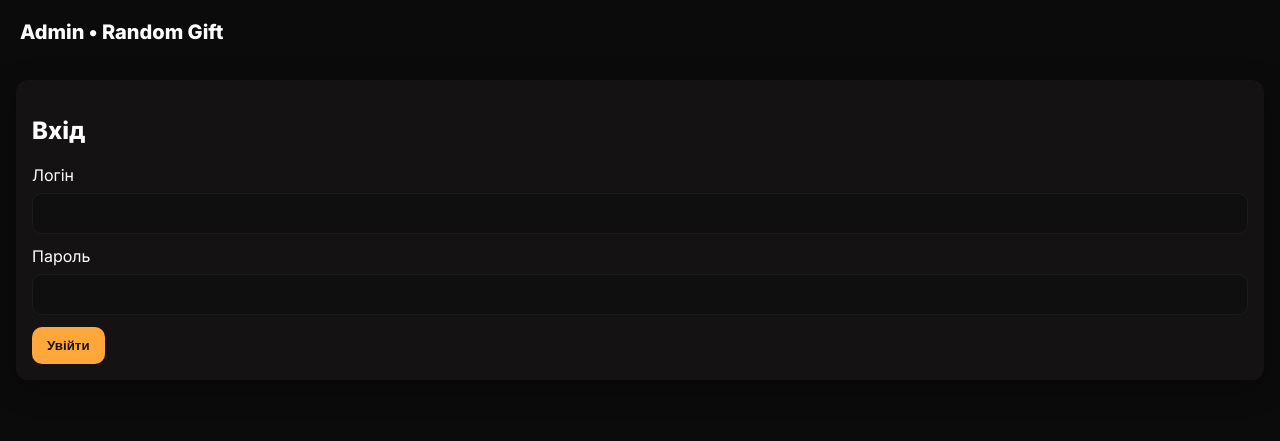
Repository: torunok/random-gift-roman
Page: docs/admin.html
These files come from the project's save history. The page is drawn as it stood at one moment and after the next save; the edit follows.
The browser window is 1280 px wide. The pictures show the whole page.

Above is the page before, as saved 2025-11-10 18:52:05.

### docs/admin.html
<!DOCTYPE html>
<html lang="uk">
  <head>
    <meta charset="utf-8" />
    <meta name="viewport" content="width=device-width, initial-scale=1" />
    <title>Admin • Random Gift</title>
    <link rel="preconnect" href="https://fonts.googleapis.com" />
    <link rel="preconnect" href="https://fonts.gstatic.com" crossorigin />
    <link href="https://fonts.googleapis.com/css2?family=Inter:wght@400;600;800&display=swap" rel="stylesheet" />
    <link rel="stylesheet" href="./styles.css" />
  </head>
  <body>
    <div class="admin">
      <header class="header header--admin">
        <h1>Admin • Random Gift</h1>
      </header>

      <main class="admin-main">
        <!-- Вхід -->
        <section id="loginView" class="card">
          <h2>Вхід</h2>
          <label class="field">
            <span>Логін</span>
            <input id="admUser" type="text" />
          </label>
          <label class="field">
            <span>Пароль</span>
            <input id="admPass" type="password" />
          </label>
          <div class="actions">
            <button id="btnLogin" class="btn btn-primary">Увійти</button>
          </div>
          <div id="loginMsg" class="msg"></div>
        </section>

        <!-- Панель адміністратора -->
        <section id="adminView" class="hidden">
          <div class="admin-tabs">
            <button data-tab="gifts" class="tab active">Подарунки</button>
            <button data-tab="participants" class="tab">Учасники</button>
          </div>

          <!-- Вкладка подарунків -->
          <div id="tab-gifts" class="tabpane active">
            <div class="card">
              <h2>Список подарунків</h2>
              <div class="actions">
                <button id="btnReloadGifts" class="btn btn-ghost">Оновити</button>
                <button id="btnNewGift" class="btn btn-primary">Додати</button>
              </div>
              <div class="table-wrap">
                <table class="table" id="giftsTable">
                  <thead>
                    <tr>
                      <th>ID</th>
                      <th>Назва</th>
                      <th>Активний</th>
                      <th>Дії</th>
                    </tr>
                  </thead>
                  <tbody></tbody>
                </table>
              </div>
            </div>

            <div class="card" id="giftFormWrap" style="display: none"></div>
          </div>

          <!-- Вкладка учасників -->
          <div id="tab-participants" class="tabpane">
            <div class="card">
              <h2>Учасники</h2>
              <div class="actions">
                <button id="btnReloadParticipants" class="btn btn-ghost">Оновити</button>
              </div>
              <div class="table-wrap">
                <table class="table" id="participantsTable">
                  <thead>
                    <tr>
                      <th>ID</th>
                      <th>Ім’я</th>
                      <th>Email</th>
                      <th>Дата</th>
                    </tr>
                  </thead>
                  <tbody></tbody>
                </table>
              </div>
            </div>
          </div>
        </section>
      </main>
    </div>

    <script src="./admin.js"></script>
  </body>
</html>

### docs/styles.css
:root {
    --bg: #0B0B0C;
    --fg: #FFFFFF;
    --muted: #A1A1AA;
    --accent: #FF9F2E;
    --accent-2: #6C9CFF;
    --panel: #121214;
    --border: #1E1E22;
    --panel-2: #0F0F10;

    --radius: 14px;
    --radius-sm: 10px;

    --eio: cubic-bezier(.2, .8, .2, 1);
    /* швидкий старт, сповільнення в кінці */
}

* {
    box-sizing: border-box;
}

html,
body {
    margin: 0;
    padding: 0;
    background: var(--bg);
    color: var(--fg);
    font-family: Inter, system-ui, -apple-system, Segoe UI, Roboto, Ubuntu, "Helvetica Neue", Arial, sans-serif;
    -webkit-font-smoothing: antialiased;
    -moz-osx-font-smoothing: grayscale;
}

a {
    color: var(--accent-2);
    text-decoration: none;
}

a:hover {
    text-decoration: underline;
}

/* ====== Layout ====== */
.header {
    padding: 20px;
    display: flex;
    justify-content: center;
}

.header h1 {
    font-size: 20px;
    font-weight: 800;
    margin: 0;
}

.header--admin {
    justify-content: flex-start;
}

.main {
    display: flex;
    justify-content: center;
    align-items: center;
    min-height: 60vh;
    padding: 20px;
}

.stage {
    width: min(980px, 94vw);
    min-height: 420px;
    border-radius: var(--radius);
    background: var(--panel);
    padding: 24px;
    position: relative;
    overflow: hidden;
    box-shadow: 0 10px 40px rgba(0, 0, 0, .35);
}

/* ====== Footer ====== */
.footer {
    padding: 20px;
    text-align: center;
    color: var(--muted);
}

/* ====== Modal ====== */
.modal {
    position: fixed;
    inset: 0;
    background: rgba(0, 0, 0, .65);
    display: flex;
    align-items: center;
    justify-content: center;
    z-index: 50;
}

.modal[aria-hidden="true"] {
    display: none;
}

.modal-content {
    background: var(--panel);
    width: min(640px, 94vw);
    padding: 24px;
    border-radius: var(--radius);
    box-shadow: 0 18px 60px rgba(0, 0, 0, .55);
    animation: scale-in .45s var(--eio) forwards;
}

/* ====== Form fields ====== */
.field {
    display: flex;
    flex-direction: column;
    gap: 8px;
    margin: 12px 0;
}

.field input,
.field textarea {
    background: var(--panel-2);
    border: 1px solid var(--border);
    color: var(--fg);
    border-radius: var(--radius-sm);
    padding: 12px;
    outline: none;
    transition: border-color .2s var(--eio), box-shadow .2s var(--eio);
}

.field input:focus,
.field textarea:focus {
    border-color: #2E2E33;
    box-shadow: 0 0 0 4px rgba(108, 156, 255, .12);
}

.check {
    display: flex;
    align-items: center;
    gap: 8px;
    margin: 12px 0;
    color: var(--muted);
}

.actions {
    display: flex;
    gap: 12px;
    margin-top: 12px;
    flex-wrap: wrap;
}

/* ====== Buttons ====== */
.btn {
    appearance: none;
    border: 1px solid transparent;
    padding: 10px 14px;
    border-radius: var(--radius-sm);
    font-weight: 700;
    cursor: pointer;
    transition: transform .12s var(--eio), box-shadow .2s var(--eio), background .2s var(--eio), border-color .2s var(--eio);
}

.btn:hover {
    transform: translateY(-1px);
}

.btn:active {
    transform: translateY(0);
}

.btn:disabled {
    opacity: .5;
    cursor: not-allowed;
}

.btn-primary {
    background: var(--accent);
    color: #1b1205;
}

.btn-primary:hover {
    box-shadow: 0 6px 18px rgba(255, 159, 46, .35);
}

.btn-ghost {
    background: transparent;
    border-color: #2a2a2d;
    color: var(--fg);
}

.btn-ghost:hover {
    border-color: #3A3A3F;
    box-shadow: 0 4px 16px rgba(0, 0, 0, .2);
}

.btn-danger {
    background: #FF5A5A;
    color: #1b0e0e;
}

.btn-danger:hover {
    box-shadow: 0 6px 18px rgba(255, 90, 90, .35);
}

/* ====== Cards & Tables ====== */
.card {
    background: var(--panel);
    padding: 16px;
    border-radius: 12px;
    box-shadow: 0 8px 30px rgba(0, 0, 0, .3);
    margin-bottom: 16px;
}

.table-wrap {
    width: 100%;
    overflow-x: auto;
}

.table {
    width: 100%;
    border-collapse: collapse;
    min-width: 640px;
}

.table th,
.table td {
    border-bottom: 1px solid var(--border);
    padding: 10px;
    text-align: left;
    white-space: nowrap;
}

.td-actions {
    display: flex;
    gap: 8px;
}

/* ====== Helpers ====== */
.hidden {
    display: none;
}

.row {
    display: flex;
    gap: 12px;
    align-items: center;
    margin: 8px 0;
    flex-wrap: wrap;
}

.center {
    display: flex;
    align-items: center;
    justify-content: center;
}

/* ====== Анімації ====== */
.fade-in {
    animation: fade-in .38s var(--eio) forwards;
}

@keyframes fade-in {
    from {
        opacity: 0
    }

    to {
        opacity: 1
    }
}

.slide-left {
    animation: slide-left .44s var(--eio) forwards;
}

@keyframes slide-left {
    from {
        opacity: 0;
        transform: translateX(-28px)
    }

    to {
        opacity: 1;
        transform: none
    }
}

.slide-right {
    animation: slide-right .44s var(--eio) forwards;
}

@keyframes slide-right {
    from {
        opacity: 0;
        transform: translateX(28px)
    }

    to {
        opacity: 1;
        transform: none
    }
}

.scale-in {
    animation: scale-in .42s var(--eio) forwards;
}

@keyframes scale-in {
    from {
        opacity: 0;
        transform: scale(.92)
    }

    to {
        opacity: 1;
        transform: scale(1)
    }
}

/* плавніше затемнення/оверлей */
.ease-slow {
    animation-timing-function: var(--eio);
}

/* ====== Спец екрани ====== */
.full-black {
    position: absolute;
    inset: 0;
    background: #000;
    display: flex;
    align-items: center;
    justify-content: center;
    color: #fff;
    font-size: 28px;
}

/* ====== Контентні блоки ====== */
.gift-wrap {
    display: flex;
    gap: 20px;
    align-items: center;
    justify-content: center;
    flex-wrap: wrap;
}

.gift-img {
    max-width: min(60vw, 480px);
    border-radius: 12px;
    box-shadow: 0 10px 40px rgba(0, 0, 0, .6);
}

.gift-desc {
    max-width: 520px;
    background: #101012;
    border: 1px solid #202026;
    padding: 16px 20px;
    border-radius: 12px;
}

/* ====== Intro ====== */
.intro {
    display: flex;
    gap: 20px;
    align-items: center;
    justify-content: center;
    flex-wrap: wrap;
}

.intro .photo {
    width: 262px;
    height: 440px;
    border-radius: 16px;
    overflow: hidden;
}

.intro .photo img {
    width: 100%;
    height: 100%;
    object-fit: cover;
}

.intro .text {
    max-width: 560px;
}

/* ====== Admin layout (responsive) ====== */
.admin-main {
    padding: 16px;
}

.admin-tabs {
    display: flex;
    gap: 8px;
    margin-bottom: 12px;
    flex-wrap: wrap;
}

.tab {
    border: 1px solid var(--border);
    background: var(--panel-2);
    color: var(--fg);
    padding: 8px 12px;
    border-radius: 10px;
    cursor: pointer;
}

.tab.active {
    background: #18181B;
    border-color: #2A2A2F;
}

.btn-group {
    display: inline-flex;
    gap: 8px;
    flex-wrap: wrap;
}

/* ====== Mobile tweaks ====== */
@media (max-width: 640px) {
    .stage {
        padding: 16px;
    }

    .header h1 {
        font-size: 18px;
    }

    .gift-img {
        max-width: 100%;
    }

    .gift-desc {
        width: 100%;
    }

    .table {
        min-width: 560px;
    }

    .row {
        gap: 8px;
    }

    .btn {
        padding: 10px 12px;
    }
}

:root {
    --bg: #0B0B0C;
    --fg: #FFFFFF;
    --muted: #999;
    --accent: #FFA73B;
    --panel: #141212;
}


* {
    box-sizing: border-box
}

html,
body {
    margin: 0;
    padding: 0;
    background: var(--bg);
    color: var(--fg);
    font-family: Inter, system-ui, -apple-system, Segoe UI, Roboto, Ubuntu, "Helvetica Neue", Arial, sans-serif
}


.header {
    padding: 20px;
    display: flex;
    justify-content: center
}

.header h1 {
    font-size: 20px;
    font-weight: 800;
    margin: 0
}

.header--admin {
    justify-content: flex-start
}


.main {
    display: flex;
    justify-content: center;
    align-items: center;
    min-height: 60vh;
    padding: 20px
}


/* НОВЕ: локальна обгортка для модалки над stage */
.stage-wrap {
    position: relative;
    width: 100%;
    display: flex;
    justify-content: center;
}


.stage {
    width: min(980px, 94vw);
    min-height: 420px;
    border-radius: 16px;
    background: var(--panel);
    padding: 24px;
    position: relative;
    /* зберігаємо */
    overflow: hidden
}


.footer {
    position: fixed;
    bottom: 0;
    left: 0;
    width: 100%;
    padding: 20px;
    text-align: center;
    color: var(--muted);
}


/* Модалка тепер локальна (лише над stage) */
.modal {
    position: absolute;
    /* було fixed */
    inset: 0;
    margin: auto;
    display: flex;
    align-items: center;
    justify-content: center;
    background: rgba(0, 0, 0, .7);
    z-index: 50;
}

.modal[aria-hidden="true"] {
    display: none
}


.modal-content {
    background: var(--panel);
    width: min(640px, 94vw);
    padding: 24px;
    border-radius: 16px;
    box-shadow: 0 10px 40px rgba(0, 0, 0, .5)
}


.field {
    display: flex;
    flex-direction: column;
    gap: 8px;
    margin: 12px 0
}

.field input,
.field textarea {
    background: #0f0f10;
    border: 1px solid #1c1c1e;
    color: var(--fg);
    border-radius: 10px;
    padding: 12px
}


.check {
    display: flex;
    align-items: center;
    gap: 8px;
    margin: 12px 0;
    color: var(--muted)
}


.actions {
    display: flex;
    gap: 12px;
    margin-top: 12px
}


.btn {
    appearance: none;
    border: 1px solid transparent;
    padding: 10px 14px;
    border-radius: 10px;
    font-weight: 600;
    cursor: pointer
}

.btn-primary {
    background: var(--accent);
    color: #1b1205
}

.btn-ghost {
    background: transparent;
    border-color: #2a2a2d;
    color: var(--fg)
}

.btn:disabled {
    opacity: .5;
    cursor: not-allowed
}


.card {
    background: var(--panel);
    padding: 16px;
    border-radius: 12px;
    box-shadow: 0 8px 30px rgba(0, 0, 0, .3);
    margin-bottom: 16px
}


.table {
    width: 100%;
    border-collapse: collapse
}

.table th,
.table td {
    border-bottom: 1px solid #1e1e22;
    padding: 10px;
    text-align: left
}


.hidden {
    display: none
}


.row {
    display: flex;
    gap: 12px;
    align-items: center;
    margin: 8px 0
}


/* Анімації */
.fade-in {
    animation: fade-in .5s ease forwards
}

@keyframes fade-in {
    from {
        opacity: 0
    }

    to {
        opacity: 1
    }
}

.slide-left {
    animation: slide-left .6s ease forwards
}

@keyframes slide-left {
    from {
        opacity: 0;
        transform: translateX(-30px)
    }

    to {
        opacity: 1;
        transform: none
    }
}

.slide-right {
    animation: slide-right .6s ease forwards
}

@keyframes slide-right {
    from {
        opacity: 0;
        transform: translateX(30px)
    }

    to {
        opacity: 1;
        transform: none
    }
}

.scale-in {
    animation: scale-in .5s ease forwards
}

@keyframes scale-in {
    from {
        opacity: 0;
        transform: scale(.92)
    }

    to {
        opacity: 1;
        transform: scale(1)
    }
}


/* Спец екрани */
.full-black {
    position: absolute;
    inset: 0;
    background: #000;
    display: flex;
    align-items: center;
    justify-content: center;
    color: #fff;
    font-size: 28px
}


.center {
    display: flex;
    align-items: center;
    justify-content: center
}


/* Блок подарунку */
.gift-wrap {
    display: flex;
    gap: 20px;
    align-items: center;
    justify-content: center;
    flex-wrap: wrap
}

.gift-img {
    max-width: min(60vw, 480px);
    border-radius: 12px;
    box-shadow: 0 10px 40px rgba(0, 0, 0, .6)
}

.gift-desc {
    max-width: 520px;
    background: #101012;
    border: 1px solid #202026;
    padding: 16px 20px;
    border-radius: 12px
}

### docs/admin.js
const API = () => window.API_BASE?.replace(/\/$/, '') || '';
const $   = (s, root = document) => root.querySelector(s);
const $$  = (s, root = document) => Array.from(root.querySelectorAll(s));

let token = localStorage.getItem('admToken') || '';
function setAuthHeader(h = {}) {
  if (token) h['Authorization'] = 'Bearer ' + token;
  return h;
}

/* ===================== TABS ===================== */
$$('.tab').forEach(btn => {
  btn.addEventListener('click', () => {
    $$('.tab').forEach(b => b.classList.remove('active'));
    btn.classList.add('active');
    $$('.tabpane').forEach(p => p.classList.remove('active'));
    $('#tab-' + btn.dataset.tab).classList.add('active');
  });
});

/* ===================== LOGIN ===================== */
$('#btnLogin')?.addEventListener('click', async () => {
  const username = $('#admUser').value.trim();
  const password = $('#admPass').value.trim();

  const r = await fetch(API() + '/api/admin/login', {
    method: 'POST',
    headers: { 'Content-Type': 'application/json' },
    body: JSON.stringify({ username, password })
  });

  if (r.ok) {
    const j = await r.json();
    token = j.token;
    localStorage.setItem('admToken', token);
    $('#loginView').classList.add('hidden');
    $('#adminView').classList.remove('hidden');
    loadGifts();
    loadAssigns();
  } else {
    $('#loginMsg').textContent = 'Невірні дані';
  }
});

/* ===================== GIFTS CRUD ===================== */
$('#btnReloadGifts')?.addEventListener('click', loadGifts);
$('#btnNewGift')?.addEventListener('click', () => openGiftForm());
$('#btnCancelGift')?.addEventListener('click', () => { $('#giftFormWrap').style.display = 'none'; });
$('#btnSaveGift')?.addEventListener('click', saveGift);

let editGiftId = null;

async function loadGifts() {
  const r = await fetch(API() + '/api/admin/gifts', { headers: setAuthHeader() });
  const j = await r.json();

  const tbody = $('#giftsTable tbody');
  tbody.innerHTML = '';

  (j.items || []).forEach(g => {
    const tr = document.createElement('tr');
    tr.innerHTML = `
      <td>${g.id}</td>
      <td>${escapeHtml(g.title)}</td>
      <td>${g.active ? '✅' : '⛔'}</td>
      <td>
        <div class="btn-group td-actions">
          <button class="btn btn-ghost" data-act="edit" data-id="${g.id}">Редагувати</button>
          <button class="btn btn-ghost" data-act="del"  data-id="${g.id}">Видалити</button>
        </div>
      </td>
    `;
    tbody.appendChild(tr);
  });

  // Делегований обробник
  tbody.onclick = async (e) => {
    const b = e.target.closest('button');
    if (!b) return;
    const id = Number(b.dataset.id);

    if (b.dataset.act === 'edit') {
      const one = await fetch(API() + `/api/admin/gifts?id=${id}`, { headers: setAuthHeader() }).then(r => r.json());
      openGiftForm(one.item);
    } else if (b.dataset.act === 'del') {
      if (confirm('Видалити подарунок?')) {
        await fetch(API() + `/api/admin/gifts?id=${id}`, {
          method: 'DELETE',
          headers: setAuthHeader()
        });
        loadGifts();
      }
    }
  };
}

function openGiftForm(item) {
  editGiftId = item?.id || null;
  $('#giftFormTitle').textContent = editGiftId ? 'Редагувати подарунок' : 'Новий подарунок';
  $('#giftTitle').value = item?.title || '';
  $('#giftDesc').value  = item?.description || '';
  $('#giftImg').value   = item?.imageUrl || '';
  $('#giftActive').checked = item ? !!item.active : true;
  $('#giftFormWrap').style.display = 'block';
  refreshPreview();
}

async function saveGift() {
  const payload = {
    title: $('#giftTitle').value.trim(),
    description: $('#giftDesc').value.trim(),
    imageUrl: $('#giftImg').value.trim(),
    active: $('#giftActive').checked ? 1 : 0
  };

  if (!payload.title) {
    alert('Назва обов’язкова');
    return;
  }

  if (editGiftId) {
    await fetch(API() + `/api/admin/gifts?id=${editGiftId}`, {
      method: 'PUT',
      headers: setAuthHeader({ 'Content-Type': 'application/json' }),
      body: JSON.stringify(payload)
    });
  } else {
    await fetch(API() + '/api/admin/gifts', {
      method: 'POST',
      headers: setAuthHeader({ 'Content-Type': 'application/json' }),
      body: JSON.stringify(payload)
    });
  }

  $('#giftFormWrap').style.display = 'none';
  loadGifts();
}

/* ===================== PARTICIPANTS (ASSIGNMENTS) ===================== */
$('#btnReloadAssign')?.addEventListener('click', loadAssigns);
$('#searchAssign')?.addEventListener('keypress', (e) => { if (e.key === 'Enter') loadAssigns(); });

async function loadAssigns() {
  const q = $('#searchAssign').value.trim();
  const url = new URL(API() + '/api/admin/assignments');
  if (q) url.searchParams.set('q', q);

  const r = await fetch(url.toString(), { headers: setAuthHeader() });
  const j = await r.json();

  const tbody = $('#assignTable tbody');
  tbody.innerHTML = '';

  (j.items || []).forEach(a => {
    const tr = document.createElement('tr');
    tr.innerHTML = `
      <td>${a.id}</td>
      <td>${escapeHtml(a.name || '')}</td>
      <td>${escapeHtml(a.telegram || '')}</td>
      <td>${a.giftId}</td>
      <td>${a.createdAt}</td>
      <td>
        <div class="btn-group td-actions">
          <button class="btn btn-ghost" data-id="${a.id}">Видалити</button>
        </div>
      </td>
    `;
    tbody.appendChild(tr);
  });

  tbody.onclick = async (e) => {
    const b = e.target.closest('button');
    if (!b) return;
    const id = Number(b.dataset.id);
    if (confirm('Видалити призначення?')) {
      await fetch(API() + `/api/admin/assignments?id=${id}`, {
        method: 'DELETE',
        headers: setAuthHeader()
      });
      loadAssigns();
    }
  };
}

/* ===================== UPLOAD & PREVIEW ===================== */
$('#giftImg')?.addEventListener('input', refreshPreview);

function refreshPreview() {
  const u   = $('#giftImg').value.trim();
  const img = $('#giftPreview');
  if (!img) return;

  if (u) {
    img.src = u.startsWith('http') ? u : (API() + u);
    img.style.display = 'block';
  } else {
    img.removeAttribute('src');
    img.style.display = 'none';
  }
}

$('#btnUploadImage')?.addEventListener('click', async () => {
  const fileInput = $('#giftFile');
  const urlInput  = $('#giftImg');
  const preview   = $('#giftPreview');
  const hint      = $('#uploadHint');

  if (!fileInput || !fileInput.files || !fileInput.files[0]) {
    alert('Оберіть файл зображення');
    return;
  }

  const file = fileInput.files[0];
  const btn  = $('#btnUploadImage');
  const oldText = btn.textContent;

  btn.disabled = true;
  btn.textContent = 'Завантаження...';
  if (hint) hint.textContent = 'Завантаження на сервер...';

  try {
    const res = await apiUpload(file); // { url, key }
    urlInput.value = res.url;          // /img/gifts/....webp
    const src = res.url.startsWith('http') ? res.url : (API() + res.url);
    preview.src = src;
    preview.style.display = 'block';
    if (hint) hint.textContent = 'Фото завантажено ✅ URL підставлено';
  } catch (e) {
    alert('Помилка аплоаду: ' + e.message);
    if (hint) hint.textContent = 'Помилка аплоаду';
  } finally {
    btn.disabled = false;
    btn.textContent = oldText;
  }
});

async function apiUpload(file) {
  const fd = new FormData();
  fd.append('file', file);

  const res  = await fetch(API() + '/api/admin/upload', {
    method: 'POST',
    headers: setAuthHeader(), // Authorization Bearer
    body: fd
  });
  const text = await res.text();

  if (!res.ok) {
    let msg = text;
    try {
      const j = JSON.parse(text);
      msg = j.error || text;
    } catch {}
    throw new Error(`Upload failed (${res.status}): ${msg}`);
  }

  return JSON.parse(text); // { url, key }
}

/* ===================== HELPERS ===================== */
function escapeHtml(str = '') {
  return str.replace(/[&<>"]+/g, s => ({
    '&': '&amp;',
    '<': '&lt;',
    '>': '&gt;',
    '"': '&quot;'
  }[s]));
}

/* ===================== AUTO LOGIN RESUME ===================== */
if (token) {
  $('#loginView').classList.add('hidden');
  $('#adminView').classList.remove('hidden');
  loadGifts();
  loadAssigns();
}

After the next save:
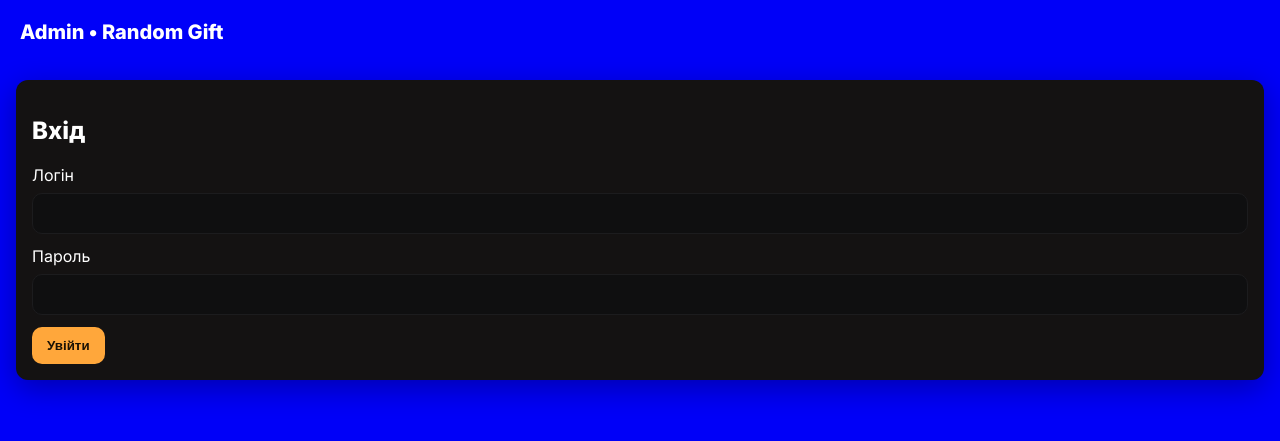
Saved 13 s later.
--- a/docs/styles.css
+++ b/docs/styles.css
@@ -444,7 +444,7 @@
 }
 
 :root {
-    --bg: #0B0B0C;
+    --bg: #0000f8;
     --fg: #FFFFFF;
     --muted: #999;
     --accent: #FFA73B;

After the save that followed:
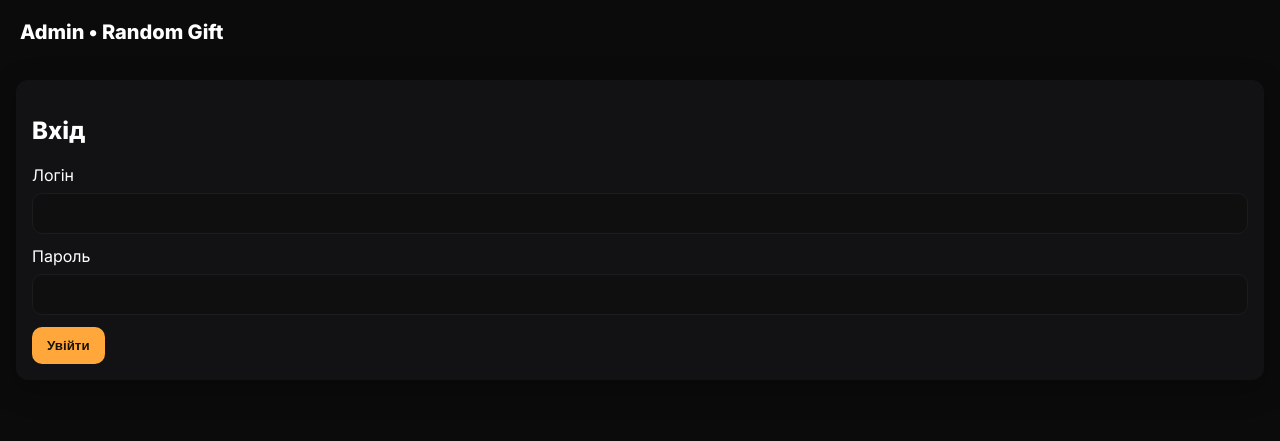
Saved 5 s later.
--- a/docs/styles.css
+++ b/docs/styles.css
@@ -444,11 +444,11 @@
 }
 
 :root {
-    --bg: #0000f8;
+    --bg: #0B0B0C;
     --fg: #FFFFFF;
     --muted: #999;
     --accent: #FFA73B;
-    --panel: #141212;
+    --panel: #121214;
 }
 
 
